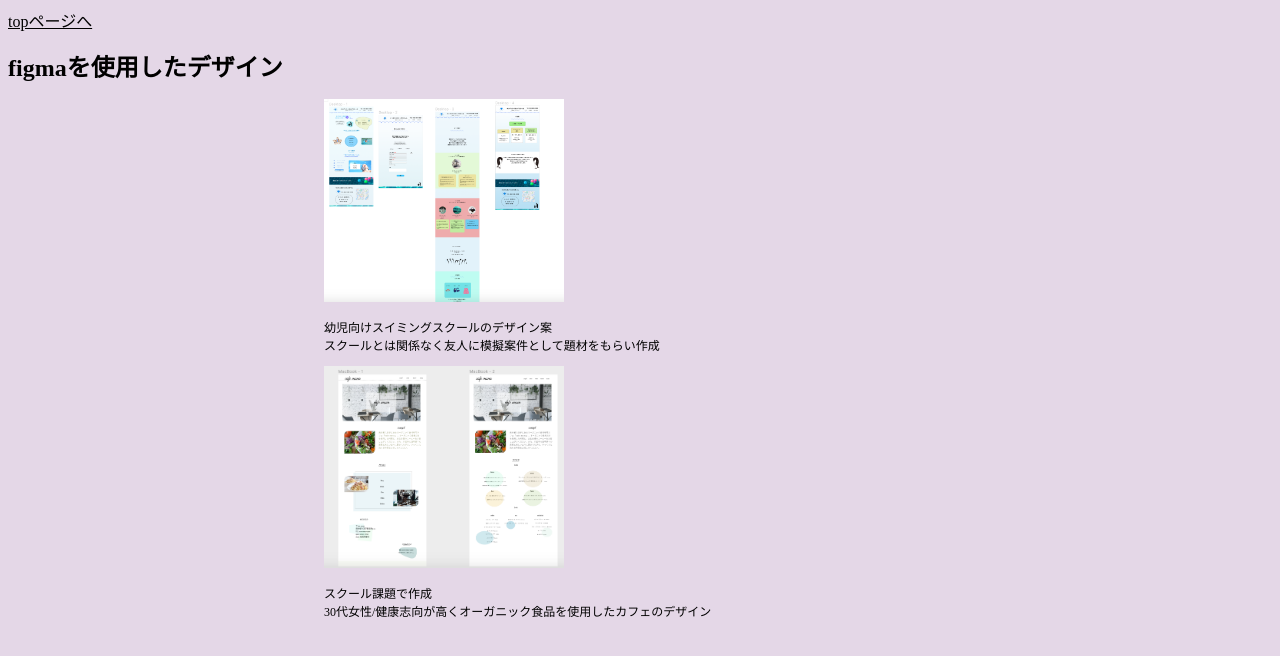
Repository: oninopantsu/onomann
Page: figma.html
The author's editor kept a copy of each file at every save. The page is drawn from the files as they stood at one save, then again after the next save.
The browser window is 1280 px wide. The pictures show the whole page.

Above is the page before, as saved 2021-08-30 04:49:26.

After the next save:
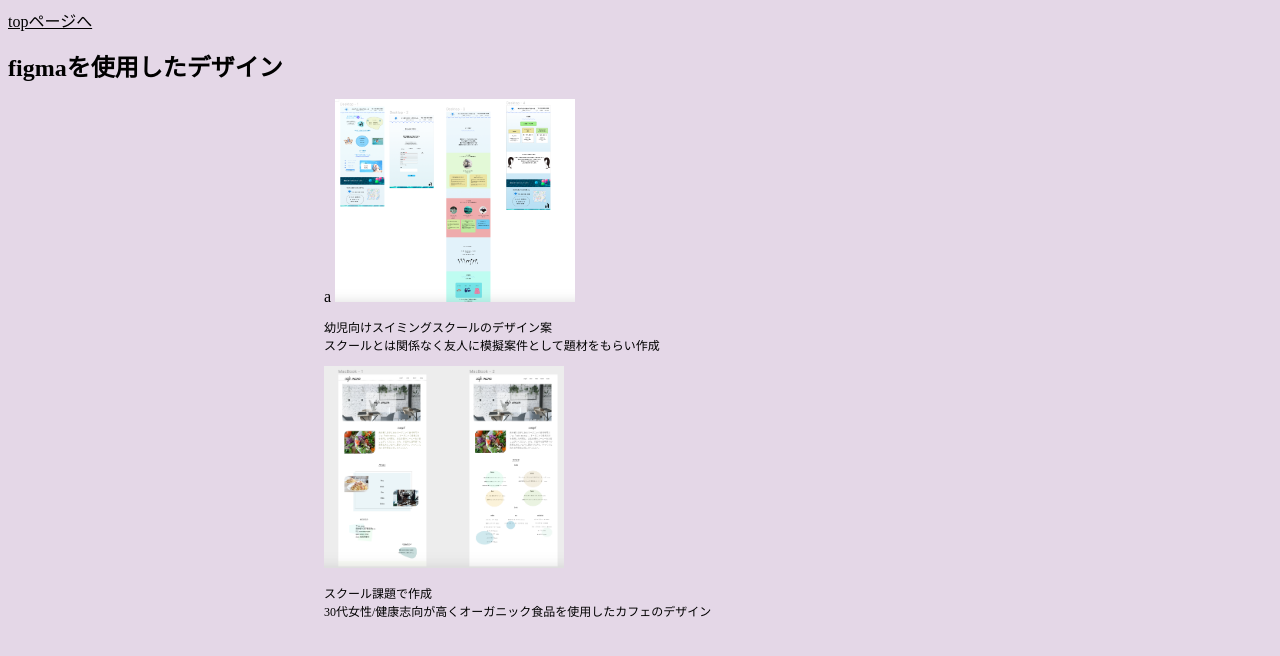
Saved 7 s later.
--- a/figma.html
+++ b/figma.html
@@ -19,7 +19,7 @@
 
     <div class="items">
 
-  <a ="https://zealous-golick-c272d6.netlify.app/"></a>
+  a
       <a href="https://www.figma.com/file/XY01fwkQDAkL8OazeEc67t/Untitled?node-id=0%3A1"><img src="img/スイミングスクールデザイン.png" alt=""></a>
       <p>幼児向けスイミングスクールのデザイン案
         <br>スクールとは関係なく友人に模擬案件として題材をもらい作成

After the save that followed:
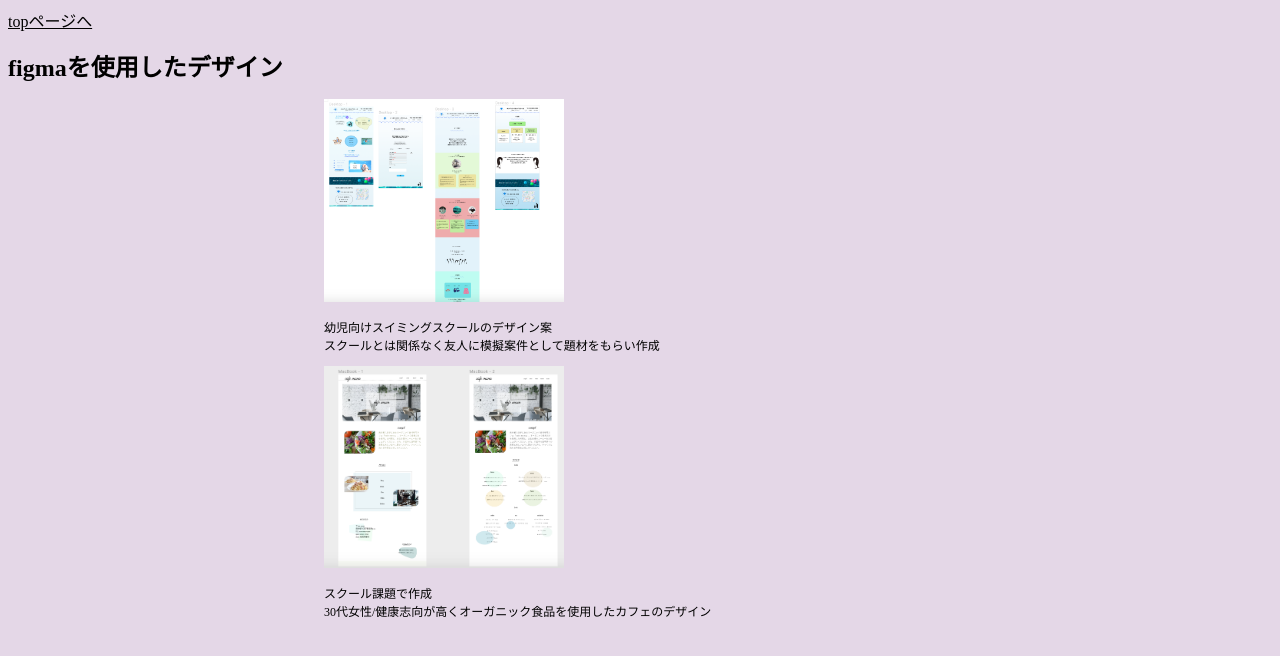
Saved 4 s later.
--- a/figma.html
+++ b/figma.html
@@ -19,7 +19,7 @@
 
     <div class="items">
 
-  a
+  <a href="http://" target="_blank" rel="noopener noreferrer"></a>
       <a href="https://www.figma.com/file/XY01fwkQDAkL8OazeEc67t/Untitled?node-id=0%3A1"><img src="img/スイミングスクールデザイン.png" alt=""></a>
       <p>幼児向けスイミングスクールのデザイン案
         <br>スクールとは関係なく友人に模擬案件として題材をもらい作成
